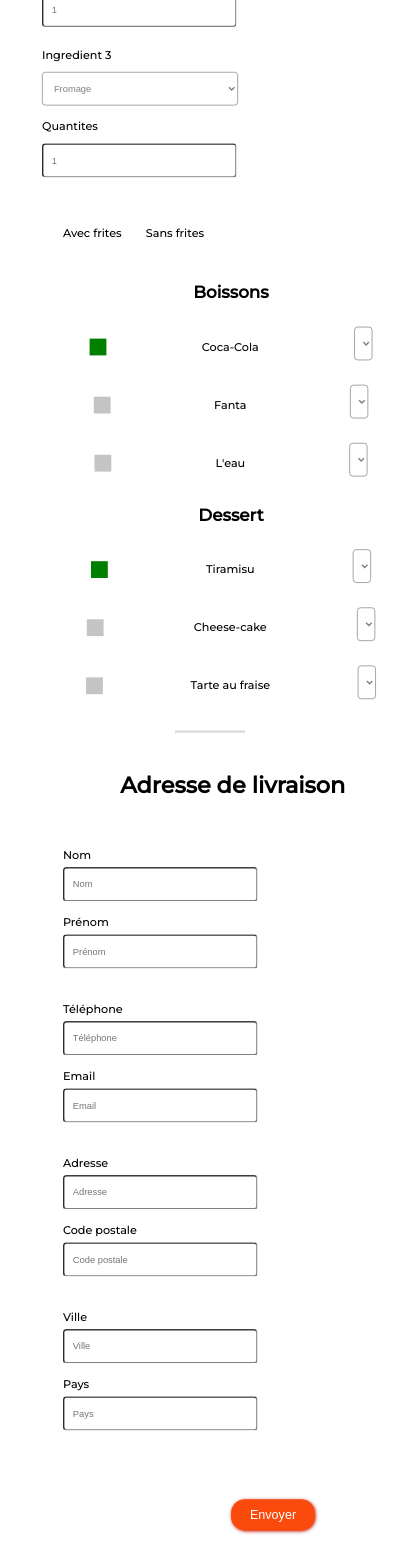
Repository: Ahlam-belhadj/bella-olange
Page: index2.html
An editor plug-in stored every save of this project. The page is shown before and after a run of saves, followed by the edit.
The browser window is 600 px wide. The pictures show the part of the page from y = 2244 to 4484 px (the page is 4501 px tall), at 70% of full size.

Above is the page before, as saved 2023-02-14 15:14:59.

### index2.html
<!DOCTYPE html>
<html lang="en">

<head>
    <meta charset="UTF-8">
    <meta http-equiv="X-UA-Compatible" content="IE=edge">
    <meta name="viewport" content="width=device-width, initial-scale=1.0">
    <link rel="stylesheet" href="style2.css">
    <title>Bella olanje</title>
</head>

<body>
  <header>
    <nav>
      <div class="logo"><img  class="logo" src="image/logo_bella_olonje.png" alt="logo"></div>
      <ul>
          <li><a href="#" class="nav-link">Home</a></li>
          <li><a href="#" class="nav-link">Pizza</a></li>
          <li><a href="#" class="nav-link">Burgers</a></li>
          <li><a href="#" class="nav-link">Salade</a></li>
          <li><a href="#" class="nav-link">Contact</a></li>

      </ul>
      <div class="icon_navbar">
          <label for="click" class="menu-btn">
            <i class="fas fa-bars"></i>
          </label>
      </div>
    </nav>

    <div class="title">
        <div class="texte">
            <h3>Food app</h3>
            <h1>Chez Bella <br>
                chaque désire s'additionne.</h1>
        </div>
    </div>
</header>




    <main>
      <div class="infos" id="form-infos">
        <form>
          <h1>Vos informations</h1>

          <div class="grp_infos">
            <div class="nom_prenom">
              <div class="label1">
                <label class="label_nom">Nom</label><br>
                <input type="text" placeholder="Nom">
              </div>
              <div class="label1">
                <label class="label_nom">Prénom</label><br>
                <input type="text" placeholder="Prénom">
              </div>
            </div>

            <div class="telephone_email">
              <div class="label1">
                <label class="label_nom">Téléphone</label><br>
                <input type="text" placeholder="Téléphone">
              </div>
              <div class="label1">
                <label class="label_nom">Email</label><br>
                <input type="text" placeholder="Email">
              </div>
            </div>
          </div>
        </form>
      </div>

      <hr>

      <div class="commande">
        <form>
          <h1>Votre commande</h1>
          <h3>Suppléments</h3>
          <div class="grp_suppliment">
            <div class="ingredient_quantite">
              <div class="fromage">
                <label>Ingredient</label><br>
                <select name="ingr" class="suppléments">
                  <option value="fromage">Fromage</option>
                  <option value="fromage">Fromage</option>
                  <option value="fromage">Fromage</option>
                  <option value="fromage">Fromage</option>
                  <option value="fromage">Fromage</option>
                  <option value="fromage">Fromage</option>
                  <option value="fromage">Fromage</option>
                </select>
              </div>
              <div class="box">
                <label>Quantites</label><br>
                <input type="number" min="0" placeholder="1">
              </div>
            </div>

            <div class="ingredient_quantite">
             <div class="fromage">
                <label>Ingredient 1</label><br>
                <select name="ingr" class="suppléments">
                  <option value="fromage">Fromage</option>
                  <option value="fromage">Fromage</option>
                  <option value="fromage">Fromage</option>
                  <option value="fromage">Fromage</option>
                  <option value="fromage">Fromage</option>
                  <option value="fromage">Fromage</option>
                  <option value="fromage">Fromage</option>
                </select>
              </div>
              <div class="box">
                <label>Quantites</label><br>
                <input type="number" min="0" placeholder="1">
              </div>
            </div>

            <div class="ingredient_quantite">
              <div class="fromage">
                <label>Ingredient 2</label><br>
                <select name="ingr" class="suppléments">
                  <option value="fromage">Fromage</option>
                  <option value="fromage">Fromage</option>
                  <option value="fromage">Fromage</option>
                  <option value="fromage">Fromage</option>
                  <option value="fromage">Fromage</option>
                  <option value="fromage">Fromage</option>
                  <option value="fromage">Fromage</option>
                </select>
              </div>
              <div class="box">
                <label>Quantites</label><br>
                <input type="number" min="0" placeholder="1">
              </div>
            </div>

            <div class="ingredient_quantite">
              <div class="fromage">
                <label>Ingredient 3</label><br>
                <select name="ingr" class="suppléments">
                  <option value="fromage">Fromage</option>
                  <option value="fromage">Fromage</option>
                  <option value="fromage">Fromage</option>
                  <option value="fromage">Fromage</option>
                  <option value="fromage">Fromage</option>
                  <option value="fromage">Fromage</option>
                  <option value="fromage">Fromage</option>
                </select>
              </div>
              <div class="box">
                <label>Quantites</label><br>
                <input type="number" min="0" placeholder="1">
              </div>
            </div>
          </div>


          <div class="check2">
            <label class="container">Avec frites
              <input type="radio" checked="checked" name="radio">
              <span class="checkmark"></span>
            </label>
            <label class="container">Sans frites
              <input type="radio" name="radio">
              <span class="checkmark"></span>
            </label>
          </div>


          <div class="all">
            <div class="content_of_boisson">
                <h2>Boissons</h2>
                <div class="boissons">
                    <div class="carre"></div>
                    <label>Coca-Cola</label>
                    <select name="Fromage" class="Fromage" style="margin-top: 10px;">
                      <option value="">1</option>
                      <option value="">2</option>
                      <option value="">3</option>
                      <option value="">4</option>
                    </select>
                </div>
                <div class="boissons">
                    <div class="carre grey"></div>
                    <label>Fanta</label>
                    <select name="Fromage" class="Fromage" style="margin-top: 10px;">
                      <option value="">1</option>
                      <option value="">2</option>
                      <option value="">3</option>
                      <option value="">4</option>
                    </select>
                </div>
                <div class="boissons">
                    <div class="carre grey"></div>
                    <label>L'eau</label>
                    <select name="Fromage" class="Fromage" style="margin-top: 10px;">
                      <option value="">1</option>
                      <option value="">2</option>
                      <option value="">3</option>
                      <option value="">4</option>
                    </select>
                </div>
            </div>

            <div class="content_of_dessert">
                <h2>Dessert</h2>
                <div class="boissons dessert">
                    <div class="carre"></div>
                    <label>Tiramisu</label>
                    <select name="Fromage" class="Fromage" style="margin-top: 10px;">
                        <option value="">1</option>
                        <option value="">2</option>
                        <option value="">3</option>
                        <option value="">4</option>
                    </select>
                </div>
                <div class="boissons dessert">
                    <div class="carre grey"></div>
                    <label>Cheese-cake</label>
                    <select name="Fromage" class="Fromage" style="margin-top: 10px;">
                      <option value="">1</option>
                      <option value="">2</option>
                      <option value="">3</option>
                      <option value="">4</option>
                    </select>
                </div>
                <div class="boissons dessert">
                    <div class="carre grey"></div>
                    <label>Tarte au fraise</label>
                    <select name="Fromage" class="Fromage" style="margin-top: 10px;">
                      <option value="">1</option>
                      <option value="">2</option>
                      <option value="">3</option>
                      <option value="">4</option>
                    </select>
                </div>
            </div>
            </div>
        </form>
      </div>

      <hr>

      <div class="livraison">
        <form>
          <h1>Adresse de livraison</h1>
          <div class="grp_infos">
            <div class="nom_prenom">
              <div class="label1">
                <label class="label_nom">Nom</label><br>
                <input type="text" placeholder="Nom">
              </div>
              <div class="label1">
                <label class="label_nom">Prénom</label><br>
                <input type="text" placeholder="Prénom">
              </div>
            </div>

            <div class="telephone_email">
              <div class="label1">
                <label class="label_nom">Téléphone</label><br>
                <input type="text" placeholder="Téléphone">
              </div>
              <div class="label1">
                <label class="label_nom">Email</label><br>
                <input type="text" placeholder="Email">
              </div>
            </div>
            <div class="nom_prenom">
              <div class="label1">
                <label class="label_nom">Adresse</label><br>
                <input type="text" placeholder="Adresse">
              </div>
              <div class="label1">
                <label class="label_nom">Code postale</label><br>
                <input type="text" placeholder="Code postale">
              </div>
            </div>

            <div class="telephone_email">
              <div class="label1">
                <label class="label_nom">Ville</label><br>
                <input type="text" placeholder="Ville">
              </div>
              <div class="label1">
                <label class="label_nom">Pays</label><br>
                <input type="text" placeholder="Pays">
              </div>
            </div>
          </div>
            <div class="div_button"><button class="button" type="button">Envoyer</button></div>
        </form>

      </div>
    </main>

</body>

</html>

### style2.css
@import url('https://fonts.googleapis.com/css2?family=Montserrat:wght@100;200;500&display=swap');

body {
    font-family: Montserrat, sans-serif;
    margin: auto;
}


.logo {
    height: 80px;
}

nav {
    display: flex;
    height: 80px;
    background: white;
    align-items: center;
    justify-content: space-between;
    padding: 0 50px 0 100px;
    flex-wrap: wrap;
  }

  nav .logo {
    color: #fff;
    font-size: 20px;
    text-transform: uppercase;
    text-decoration: none;
  }

  nav a {
    color: #fff;
    text-decoration: none;
  }

  nav ul {
    display: flex;
    flex-wrap: wrap;
    list-style: none;

  }

  nav ul li {
    margin: 0 5px;
  }

  nav ul li a {
    color: black;
    text-decoration: none;
    font-size: 16px;
    font-weight: 500;
    padding: 8px 15px;
    border-radius: 5px;
    letter-spacing: 1px;
    transition: all 0.3s ease;
  }

  nav .icon_navbar {
    display: flex;
  }



  nav .menu-btn i {
    color: #050505;
    font-size: 22px;
    cursor: pointer;

  }

  input[type="checkbox"] {
    display: none;
  }

  @media (max-width: 1000px) {
    nav {
      padding: 0 40px 0 50px;
    }

    nav .logo {
      color: #fff;
      font-size: 16px;
      text-transform: uppercase;
    }
  }

 @media (max-width: 1250px) {
    nav .menu-btn i {
      display: block;
    }

    #click:checked~.menu-btn i:before {
      content: "\f00d";
    }

    nav ul {
      position: fixed;
      top: 80px;
      right: -100%;
      background: #C81100;
      height: 100vh;
      width: 60%;
      text-align: center;
      display: block;
      transition: all 0.3s ease;
    }

    #click:checked~ul {
      right: 0;
    }

    nav ul li {
      width: 100%;
      margin: 40px 0;
    }

    nav ul li a {
      width: 100%;
      display: block;
      font-size: 20px;
      transition: 0.6s cubic-bezier(0.68, -0.55, 0.265, 1.55);
    }

    #click:checked~ul li a {
      margin-left: 0px;
    }

    nav ul li a.active,
    nav ul li a:hover {
      background: none;
      color: #1E1E1E;
    }
  }
.title {
  background-image: url(image/Rectangle\ 48.png);
  height: 619px;
  background-repeat: no-repeat;
  background-position: center;
  background-size: cover;



}

.texte{
    color: white;
    display: flex;
    align-items: center;
    justify-content: center;
    flex-direction: column;
    text-align: center;
    height: 50%;
}




/*infos*/


.ingredient_quantite{
    display: flex;
    flex-direction:row;
    justify-content: flex-start;
    gap: 10%;
    margin-bottom: 10px;
}


.label1 input {
    width: 250px;
    height: 35px;
    margin-bottom: 20px;
    margin-top: 8px;
    padding: 5px 12px;
    color: grey;
    border-radius: 5px;
    border-color: gray;
}


.infos h1 {
    padding: 85px;
}

hr {
    height: 3px;
    background-color:#d8d8d8;
    border: none;
    margin: 25px 250px 25px;
}

.nom_prenom {
    display: flex;
    justify-content: space-around;
    padding-right: 0px;
    padding-bottom: 28px;
}
.telephone_email {
    display: flex;
    justify-content: space-around;
    padding-right: 0px;
    padding-bottom: 28px;
}

/*infos*/

/*livraison*/

.livraison h1 {
    margin-left: 65px;
    padding-top: 30px;
    padding-bottom: 50px;
}
/*livraison*/

/*commande*/
.suppléments {
    width: 280px;
    height: 48px;
    margin-bottom: 20px;
    margin-top: 15px;
    padding: 5px 12px;
    color: grey;
    border-radius: 5px;
    border-color: gray;
    background-color: #FFFFFF;
}


.commande {
    margin-left: 250px;
}

.commande h1 {
    padding-top: 30px;
}

.commande h3 {
    padding-top: 50px;
    padding-bottom: 42px;
}

.box input {
    width: 250px;
    height: 35px;
    margin-bottom: 20px;
    margin-top: 15px;
    padding: 5px 12px;
    color: grey;
    border-radius: 5px;
    border-color: gray;
}

.boissons_dessert {
    display: flex;
    flex-direction: row;
}

/*commande*/


.div_button {
    padding: 50px 150px 70px 0px;
    display: flex;
    justify-content: flex-end;
}

button {
    border: 0;
    line-height: 2.5;
    width: 120px;
    padding: 0 18px;
    font-size: 18px;
    text-align: center;
    color: #fff;
    border-radius: 20px;
    background-color: #FA4A0C;
    box-shadow: 1px 1px 5px #B73227;
}


/*dessert et boissons*/

.avec, .sans {
    display: flex;
    flex-direction: row;
    justify-content: space-around;
    width: 150px;
    height: 40px;
    align-items: center;
}

.sans_f {
    padding-top: 39px;
    padding-left: 50px;
}
.avec_f {
    padding-left: 10px;
}

.boissons{
    display: flex;
    align-items: center;
    justify-content: space-around;
    /* width: 31rem; */
    padding-top: 5px;
}

.carre {
    width: 24px;
    height: 24px;
    background-color: green;
}

.carre.grey {
    background-color: #C4C4C4;
}

.all {
    display: flex;
}

.content_of_dessert {
    margin-left: 186px;
}

.Fromage {
    padding: 7px;
    border-radius: 5px;
    width: 280px;
    height: 48px;
    margin-bottom: 20px;
    margin-top: 8px;
    padding: 5px 12px;
    color: grey;
    border-radius: 5px;
    border-color: gray;
    background-color: #FFFFFF;
}
/*dessert et boissons*/


/*checkbox*/
.check2 {
    padding-top: 40px;
    padding-bottom: 40px;
}
.container {
    padding-left: 30px;
    margin-bottom: 12px;
    cursor: pointer;
    font-size: 16px;


  }

  .container input {
    position: absolute;
    opacity: 0;
    cursor: pointer;
  }

  .checkmark {
    position: absolute;
    top: 0;
    left: 0;
    height: 21px;
    width: 21px;
    background-color: rgba(176, 176, 176, 0.677);
    border-radius: 50%;
}




  .container input:checked  .checkmark {
    background-color: #2e3983;
  }

  .checkmark:after {
    position: absolute;
    display: none;
  }

  .container input:checked ~ .checkmark:after {
    display: block;
  }

  .container .checkmark:after {
       top: 9px;
      left: 9px;
      width: 8px;
      background: white;
  }
/*checkbox*/

@media (max-width:650px) {
  .nom_prenom {
      display: flex;
      flex-direction: column;
      padding-left: 15%;
  }

  .telephone_email {
      display: flex;
      flex-direction: column;
      padding-left: 15%;
  }

  .ingredient_quantite{
    display: flex;
    flex-direction: column;
  }

  .all{
    display: flex;
    flex-direction: column;
  }

  .content_of_dessert{
    margin-left: 0px;
  }

  .Fromage{
    width: 20px;
  }

  .commande {
    margin-left: 60px;
}


h2{
  text-align: center;
}

h1{
  text-align: center;
}
}

@media screen and (min-width:651px) and (max-width:1199px) {
  .nom_prenom {
    display: flex;
    flex-direction: column;
    padding-left: 15%;
}

.telephone_email {
    display: flex;
    flex-direction: column;
    padding-left: 15%;
}

.ingredient_quantite{
  display: flex;
  flex-direction: column;
}

.all{
  display: flex;
  flex-direction: column;
}

.content_of_dessert{
  margin-left: 0px;
}

.Fromage{
  width: 100px;
}

h2{
  text-align: center;
}
h1{
  text-align: center;
}

.label1 input {
  width: 550px;

}

.suppléments {
  width: 550px;
}


.box input {
  width: 520px;
}

.commande {
  margin-left: 150px;
}
.content_of_boisson {
  padding-right: 550px;
}

.content_of_dessert {
  padding-right: 550px;
}
}

After the next 2 saves:
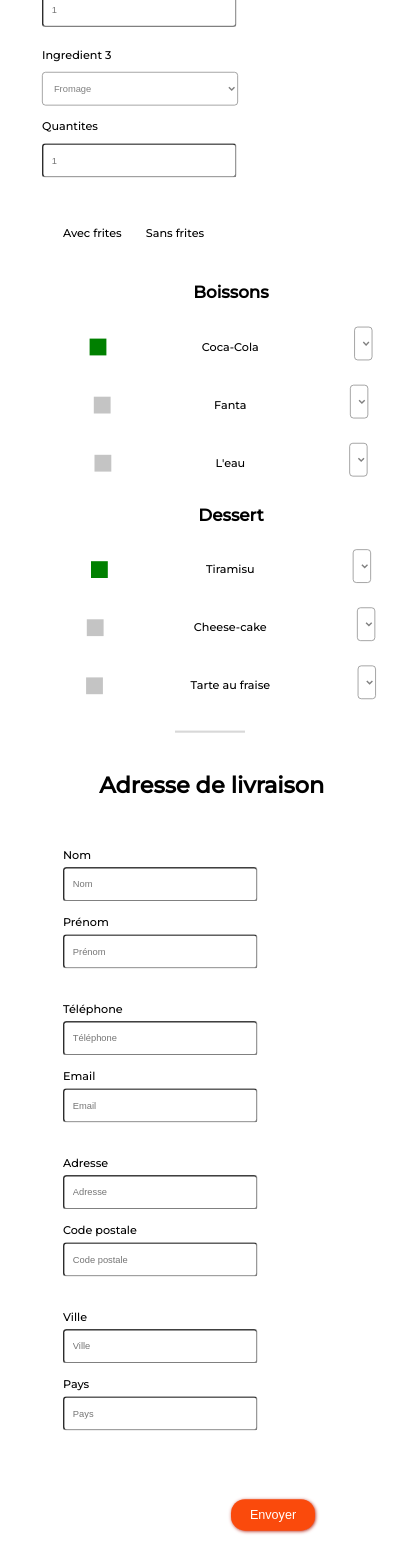
The 2 saves are shown as one change because they came seconds apart.
The last was saved 8 min 0 s later.
--- a/style2.css
+++ b/style2.css
@@ -437,6 +437,12 @@ h2{
 h1{
   text-align: center;
 }
+
+.livraison h1 {
+  margin-left: 5px;
+  padding-top: 30px;
+  padding-bottom: 50px;
+}
 }
 
 @media screen and (min-width:651px) and (max-width:1199px) {
